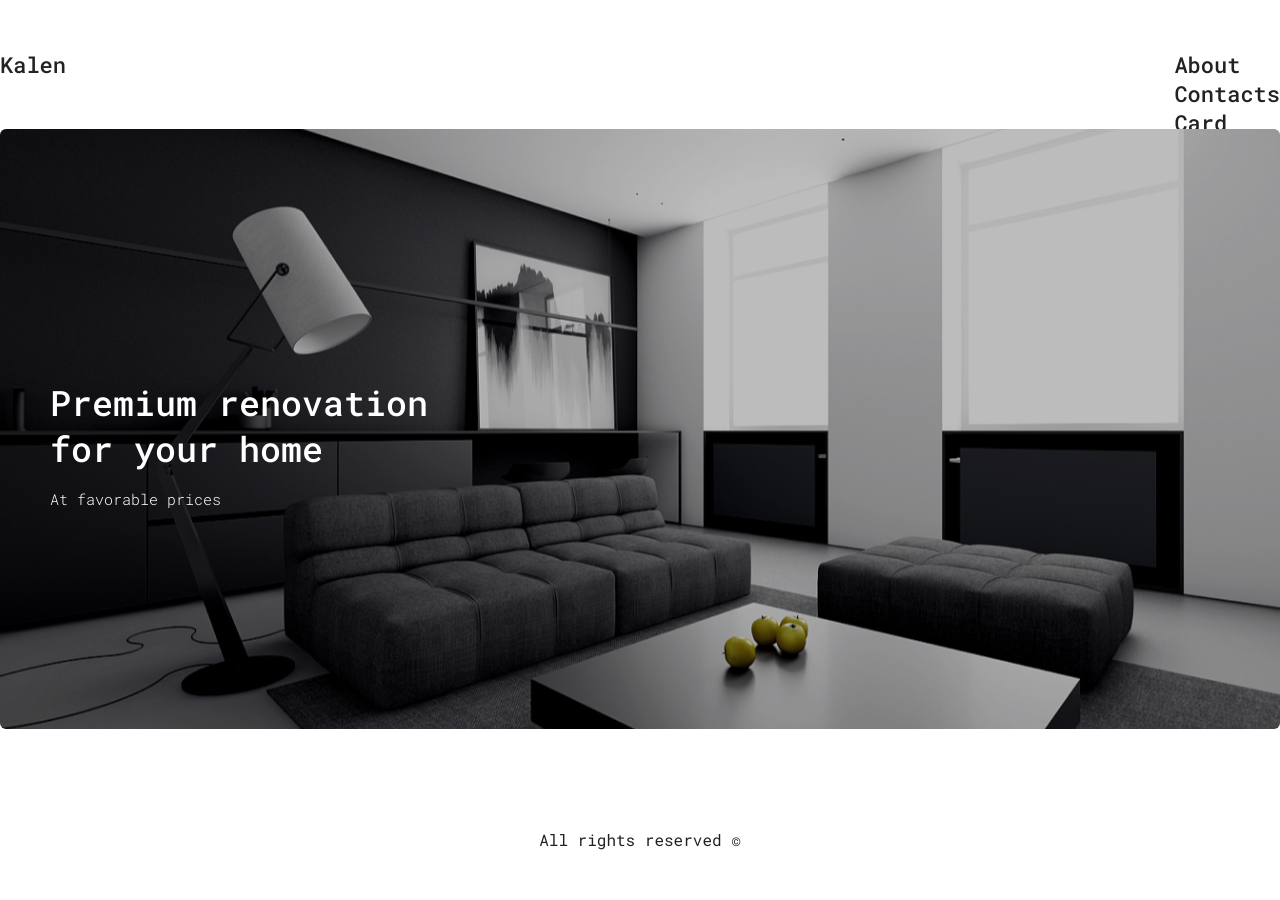
Repository: luckystar20206/e-commerce-react
Page: /
An editor plug-in stored every save of this project. The page is shown before and after a run of saves, followed by the edit.
The browser window is 1280 px wide. The pictures show the whole page.
The project was rebuilt for these pictures with package versions that can differ from the ones it lists, and the page was loaded fresh each time.

Above is the page before, as saved 2022-11-30 00:09:39.

### public/index.html
<!DOCTYPE html>
<html lang="ru">
	<head>
    	<meta charset="utf-8" />
    	<link rel="shortcut icon" href="logo.svg" type="image/png">
    	<meta name="viewport" content="width=device-width, initial-scale=1" />
    	<title>Kalen | apartments</title>
		<meta name="keywords" content="Premium renovation for your apartments">
    	<meta name="discription" content="Kalen professionally transform your apartments, taking into account all the details of the repair.">
		<link rel="preconnect" href="https://fonts.googleapis.com">
		<link rel="preconnect" href="https://fonts.gstatic.com" crossorigin>
		<link href="https://fonts.googleapis.com/css2?family=Roboto+Mono:wght@300;400;500&display=swap" rel="stylesheet">
	</head>
	<body>
    	<noscript>You need to enable JavaScript to run this app.</noscript>

    	<div id="root"></div>

  	</body>
</html>

### src/index.css
* {
	margin: 0;
	padding: 0;
}

body {
	background: #fff;
	color: #222;
	font-family: 'Roboto Mono', monospace;
}


.app {
	width: 1280px;
	margin: 50px auto;
}

.header {
	font-weight: 500;
	font-size: 22px;
}

.header__nav {
	float: right;
	list-style: none;
}

.header__nav li {

}

.header__images {
	margin: 50px auto;
	background: url('./img/main_img.jpg') no-repeat;
	background-size: cover;
	background-position: center center;
	background-blend-mode: multiply;
	background-color: #bcbcbc;
	border-radius: 6px;
	width: 100%;
	height: 600px;
	position: relative;
}

.header__images::after {
	content: 'Premium renovation for your home';
	max-width: 400px;
	position: absolute;
	top: 250px;
	left: 50px;
	font-size: 35px;
	font-weight: 500;
	color: #fff
}

.header__images::before {
	content: 'At favorable prices';
	position: absolute;
	top: 360px;
	left: 50px;
	font-size: 15px;
	font-weight: 300;
	color: #fff
}

footer {
	text-align: center;
	margin-top: 100px;
}

### src/App.js
import React from 'react'
import Header from './components/Header'
import Footer from './components/Footer'

export default function App() {
  	return (
		<div className='app'>
			<Header />
			<Footer />
		</div>
  	)
}

### src/components/Header.jsx
import React from 'react'

export default function Header() {
    return (
        <header>
            <div className='header'>
                <span className="header__logo">Kalen</span>
                <ul className="header__nav">
                    <li>About</li>
                    <li>Contacts</li>
                    <li>Card</li>
                </ul>
            </div>
            <div className='header__images'></div>
        </header>
    )
}

### src/components/Footer.jsx
import React from 'react'

export default function Footer() {
    return (
        <footer>
            <p>All rights reserved &copy;</p>
        </footer>
    )
}

Loaded but not shown: src/index.js (common file)

After the next 4 saves:
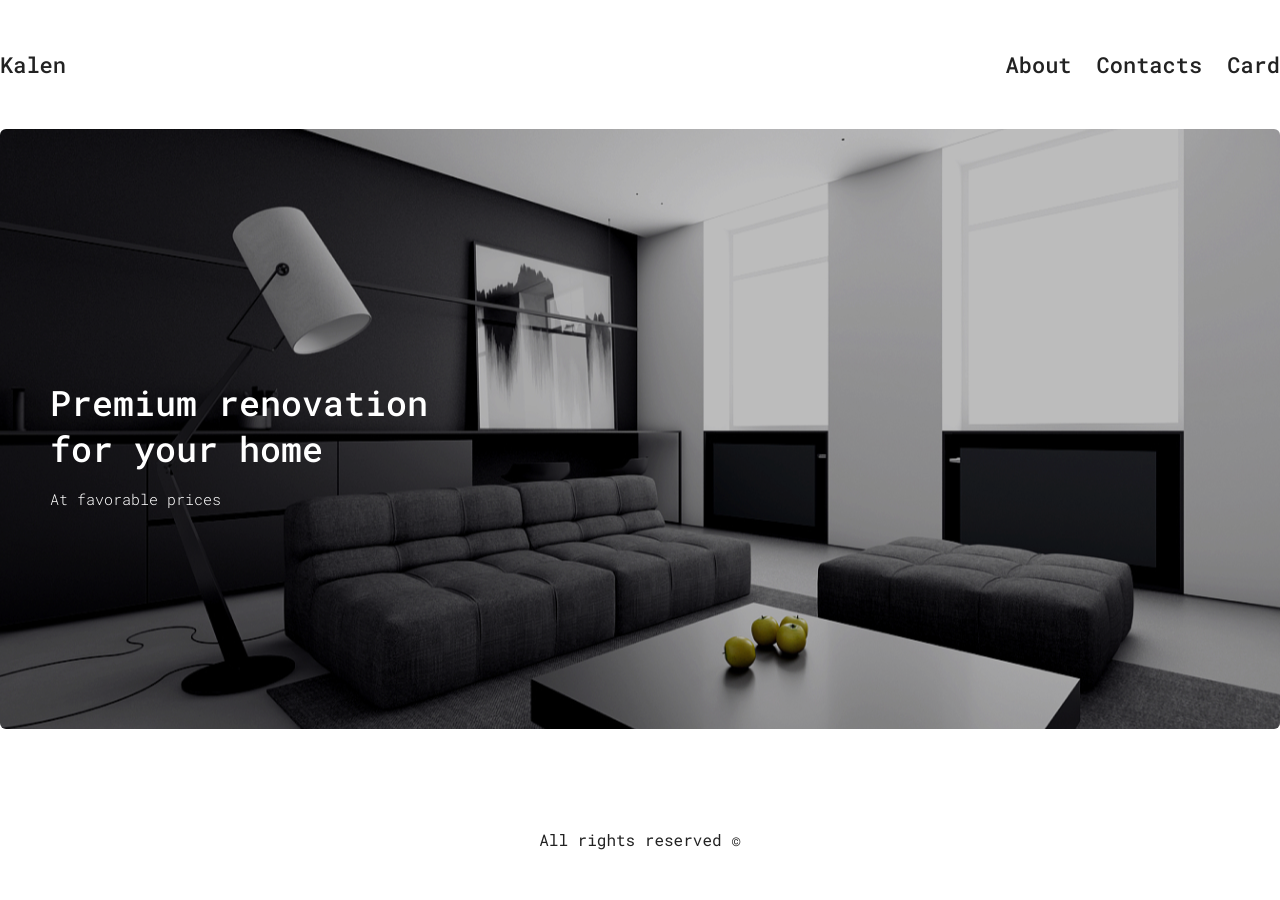
The 4 saves are shown as one change because they came seconds apart.
The last was saved 12 s later.
--- a/src/index.css
+++ b/src/index.css
@@ -26,7 +26,8 @@ body {
 }
 
 .header__nav li {
-
+	display: inline;
+	margin-left: 25px;
 }
 
 .header__images {
